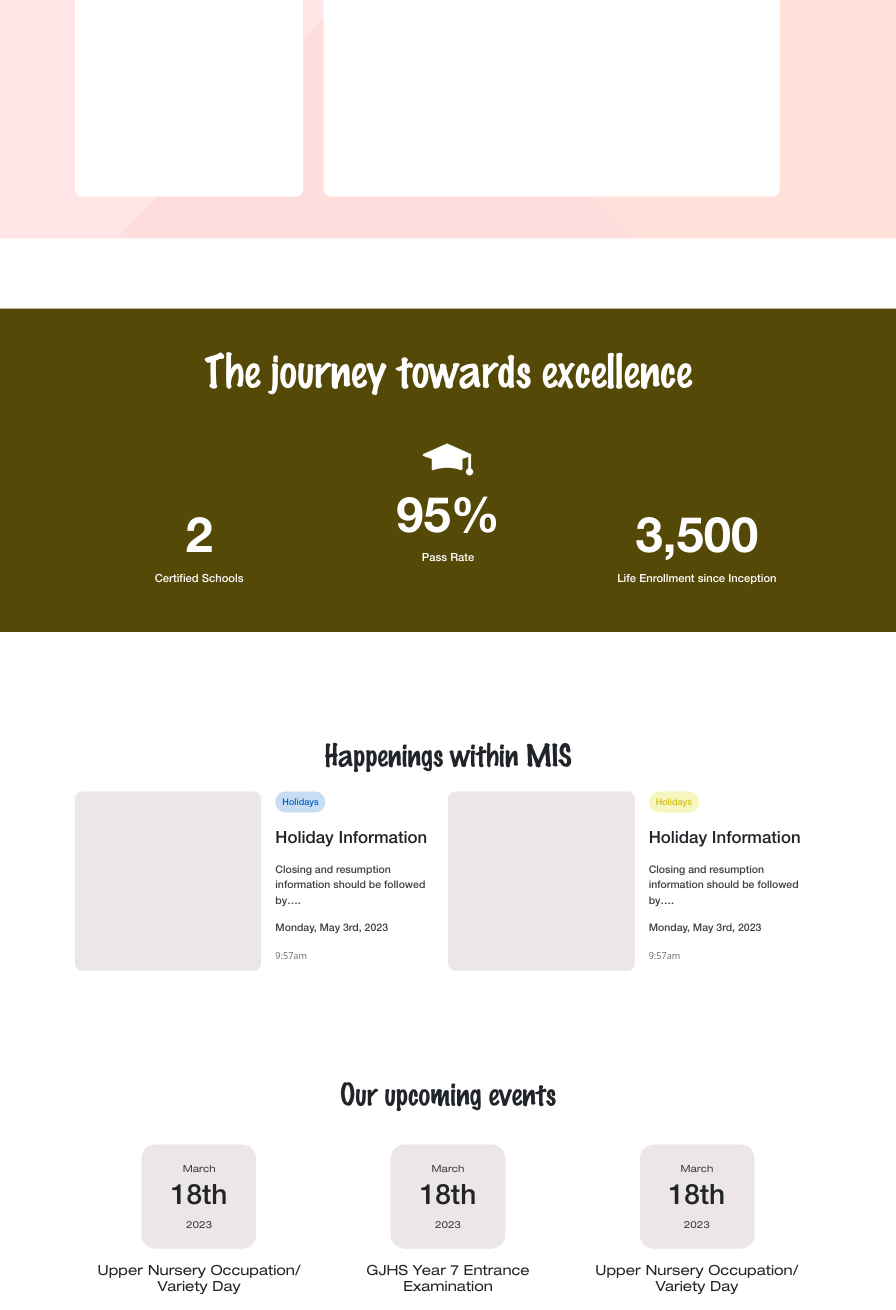
Repository: sarahnnanyelugo/MIGS
Page: /
These files come from the project's save history. The page is drawn as it stood at one moment and after the next save; the edit follows.
The browser window is 1280 px wide. The pictures show the part of the page from y = 3617 to 5537 px (the page is 5489 px tall before and 5537 px after), at 70% of full size.
The project was rebuilt for these pictures with package versions that can differ from the ones it lists, and the page was loaded fresh each time.

Above is the page before, as saved 2023-05-30 14:16:59.

After the next save:
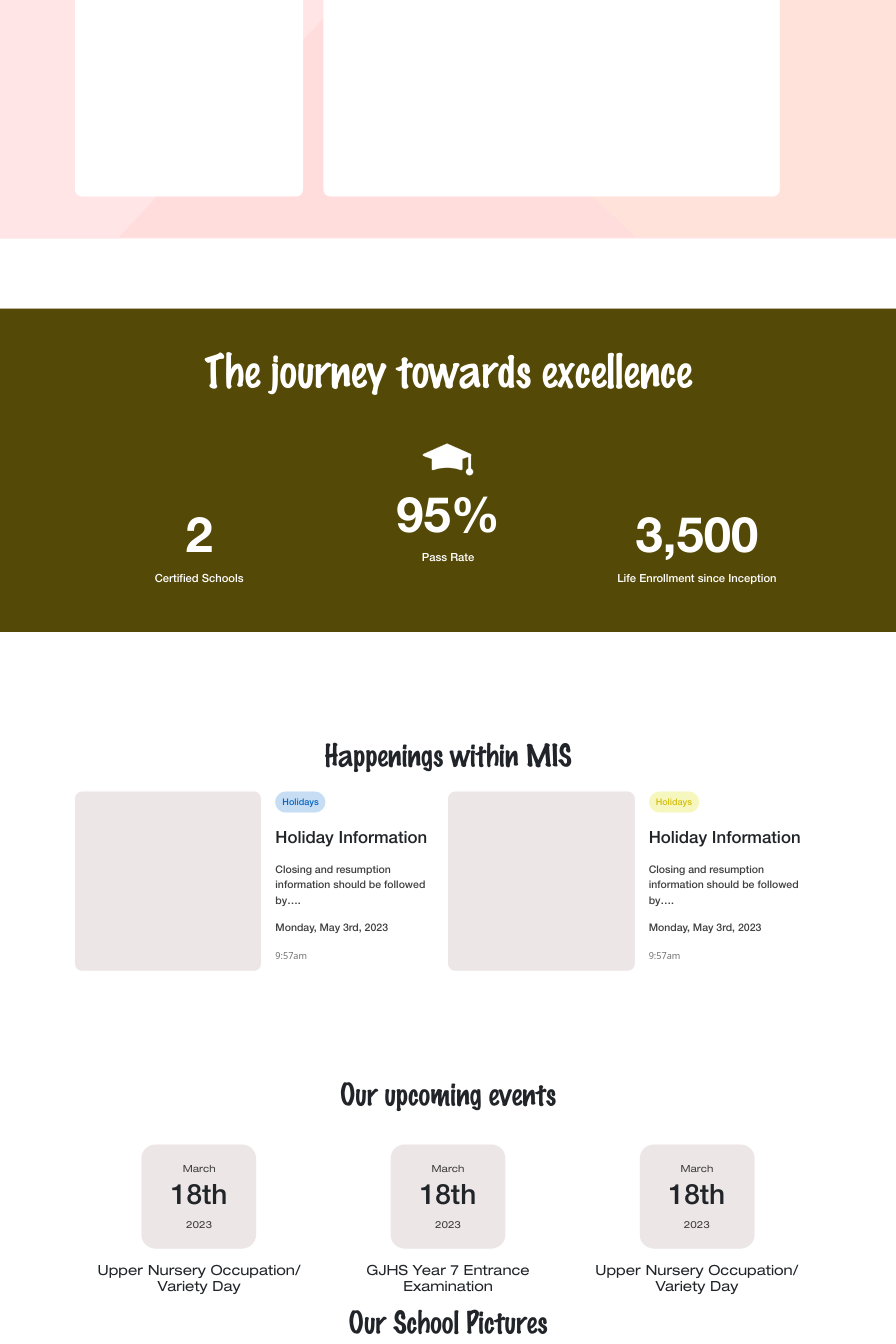
Saved 19 s later.
--- a/src/pages/Home/Home.js
+++ b/src/pages/Home/Home.js
@@ -317,7 +317,9 @@ function Home() {
       </div>
       <div clasName="col-md-10 offset-md-1">
         <center>
-          <h1></h1>
+          <h1>
+            Our School <span>Pictures</span>
+          </h1>
         </center>
       </div>
       <div>
